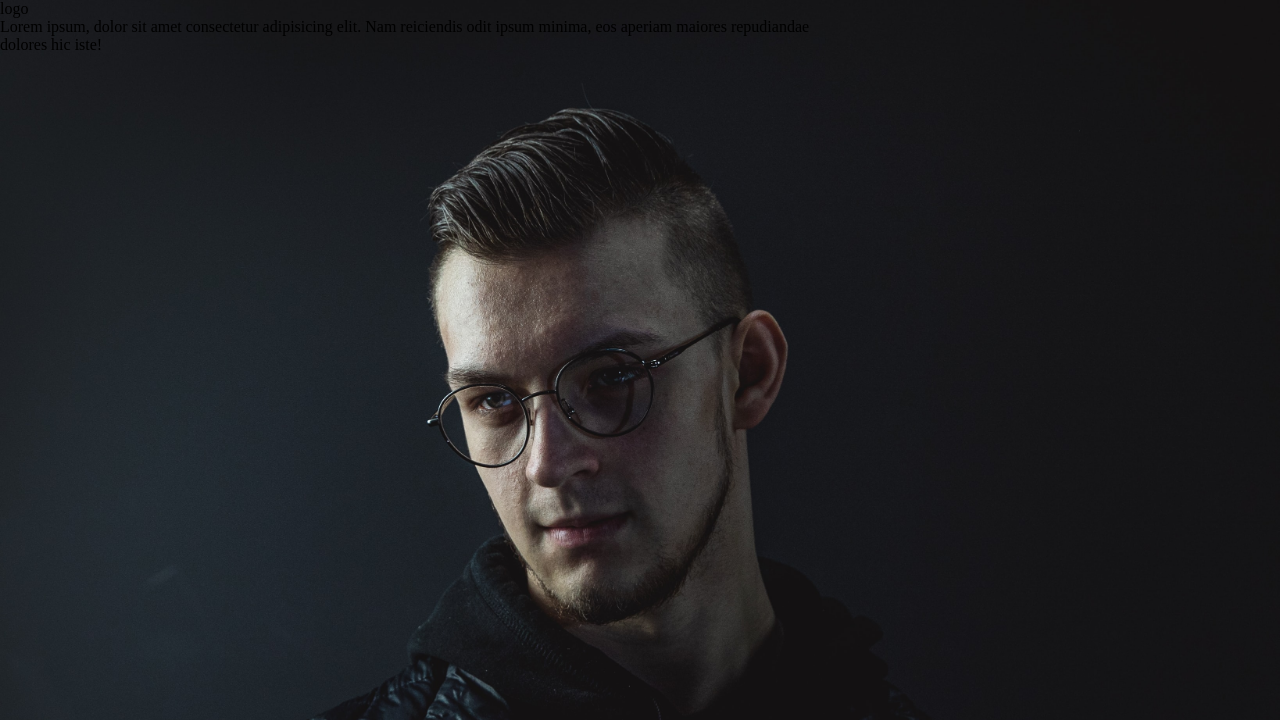
Repository: linco6054/simple-html
Page: index.html
The author's editor kept a copy of each file at every save. The page is drawn from the files as they stood at one save, then again after the next save.
The browser window is 1280 px wide. The pictures show the whole page.

Above is the page before, as saved 2021-08-16 15:33:32.

After the next save:
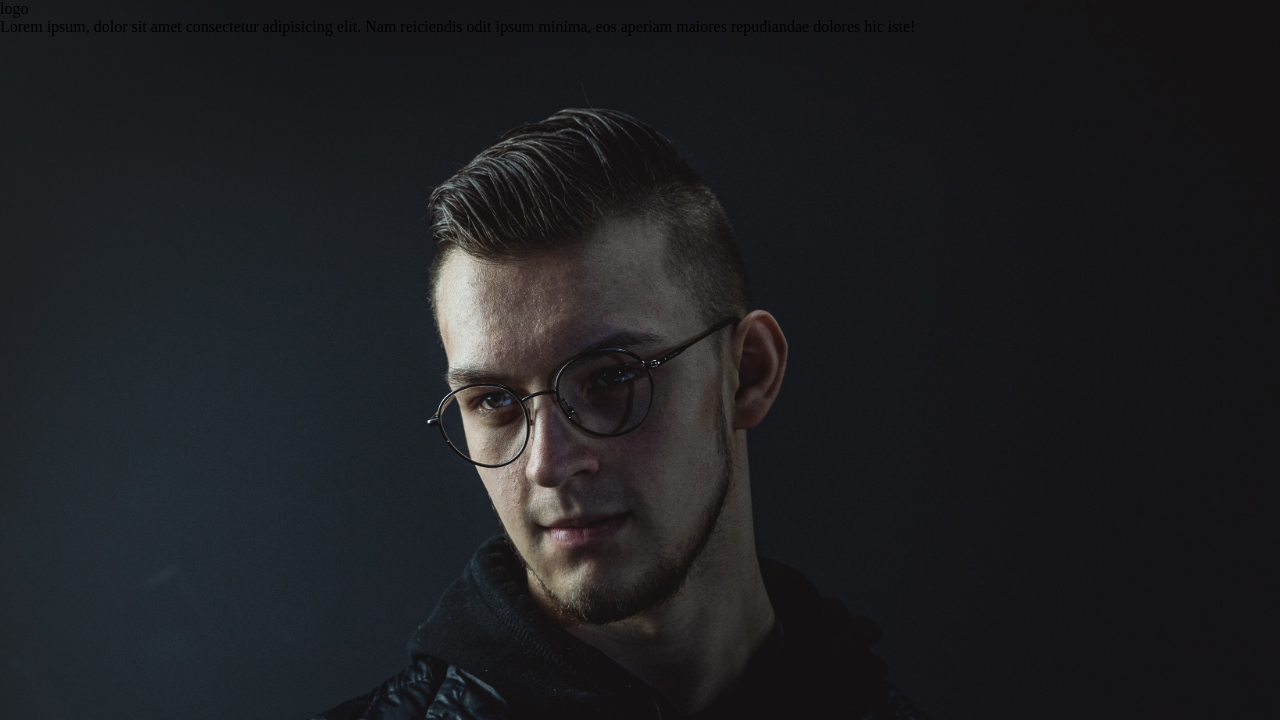
Saved 4 s later.
--- a/index.html
+++ b/index.html
@@ -15,7 +15,8 @@
       </nav>
       <p>
         Lorem ipsum, dolor sit amet consectetur adipisicing elit. Nam reiciendis
-        odit ipsum minima, eos aperiam maiores <span>repudiandae</p>  dolores hic iste!
+        odit ipsum minima, eos aperiam maiores <span>repudiandae</span> dolores
+        hic iste!
       </p>
     </section>
   </body>
